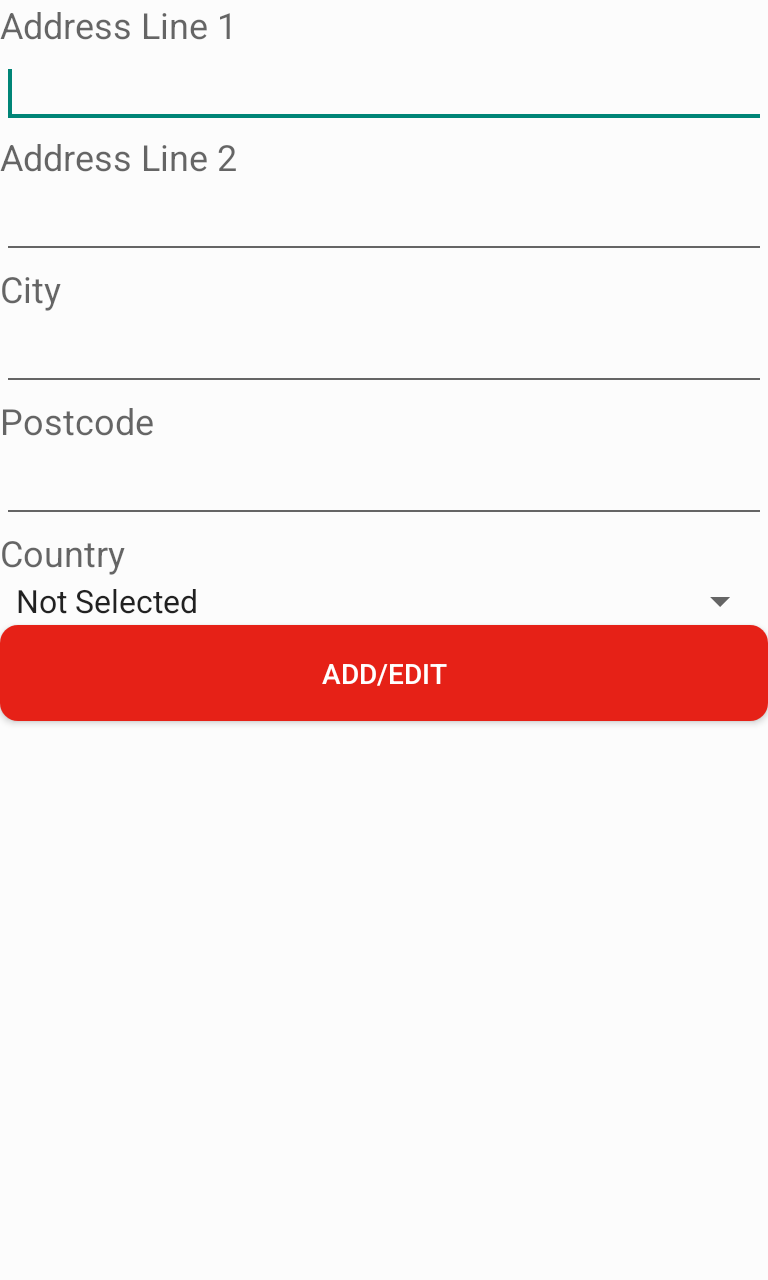
Repository: savindra/cutting-edge
Layout: Humzearch/res/layout/settings_address.xml
The author's editor kept a copy of each file at every save. The layout is drawn from the files as they stood at one save, then again after the next save.
It is drawn on a 768 x 1280 px phone screen (xhdpi) without system bars, with theme AppTheme; the app's code is not run.

Above is the layout before, as saved 2015-06-22 11:25:17.

After the next save:
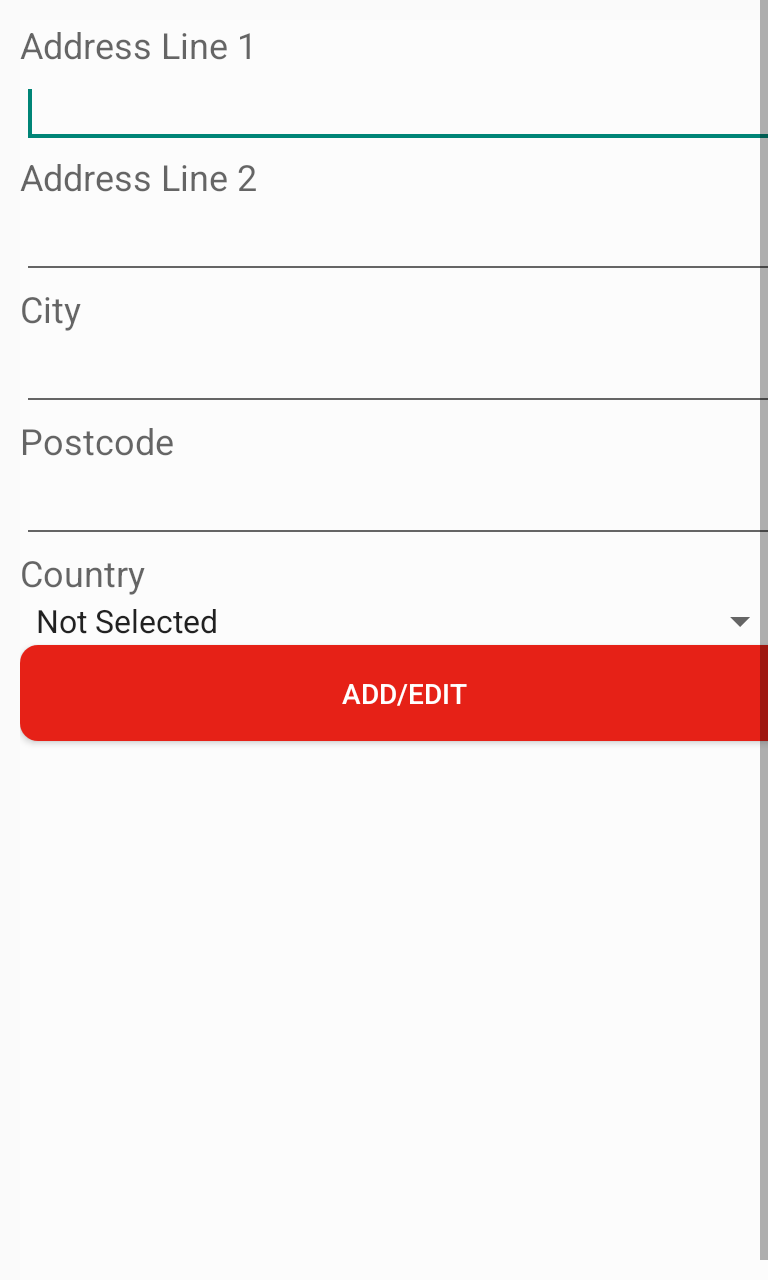
Saved 54 s later.
--- a/Humzearch/res/layout/settings_address.xml
+++ b/Humzearch/res/layout/settings_address.xml
@@ -1,5 +1,10 @@
 <?xml version="1.0" encoding="utf-8"?>
-<LinearLayout xmlns:android="http://schemas.android.com/apk/res/android"
+<ScrollView xmlns:android="http://schemas.android.com/apk/res/android"
+    android:layout_width="fill_parent"
+    android:layout_height="fill_parent"
+    android:fillViewport="true" >
+
+<LinearLayout
     android:layout_width="match_parent"
     android:layout_height="match_parent"
     android:layout_margin="10dp"
@@ -83,3 +88,4 @@
         android:textColor="#FFF"/>
 
 </LinearLayout>
+</ScrollView>

After the save that followed:
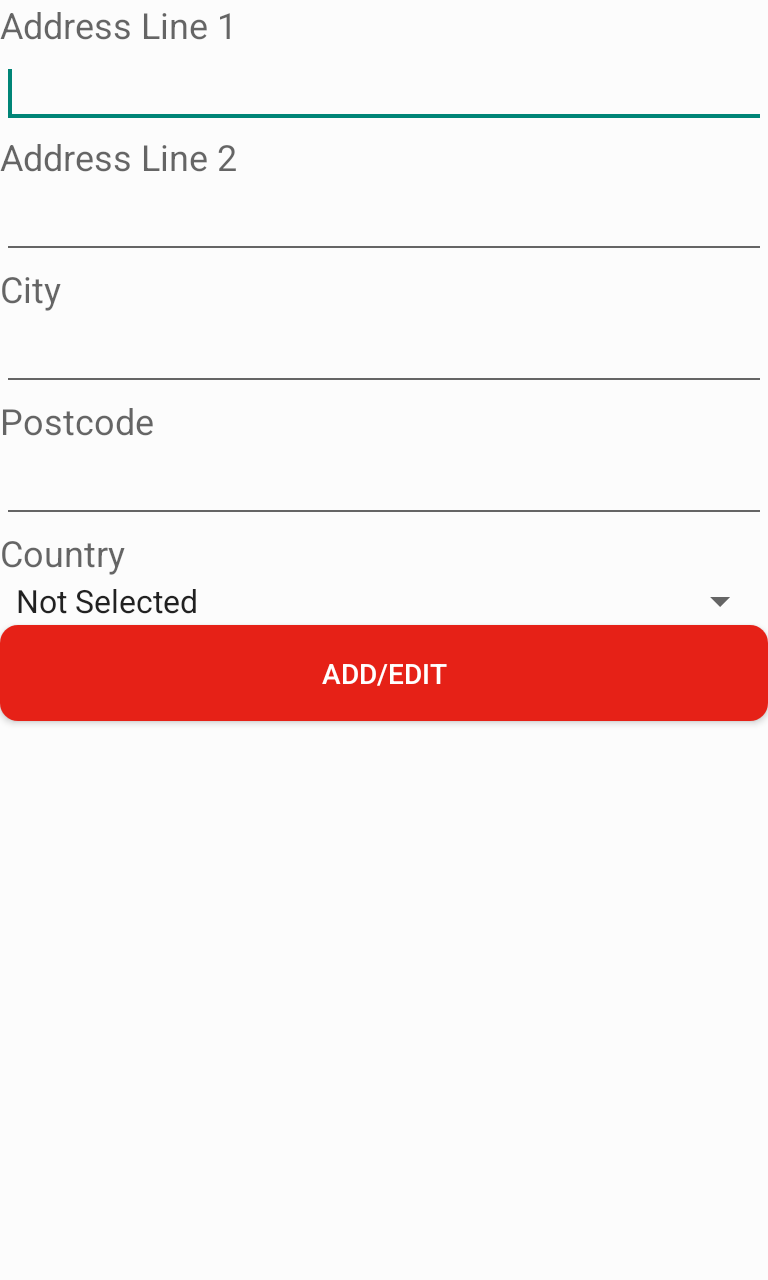
Saved 5 min 17 s later.
--- a/Humzearch/res/layout/settings_address.xml
+++ b/Humzearch/res/layout/settings_address.xml
@@ -1,10 +1,6 @@
 <?xml version="1.0" encoding="utf-8"?>
-<ScrollView xmlns:android="http://schemas.android.com/apk/res/android"
-    android:layout_width="fill_parent"
-    android:layout_height="fill_parent"
-    android:fillViewport="true" >
 
-<LinearLayout
+<LinearLayout xmlns:android="http://schemas.android.com/apk/res/android"
     android:layout_width="match_parent"
     android:layout_height="match_parent"
     android:layout_margin="10dp"
@@ -88,4 +84,3 @@
         android:textColor="#FFF"/>
 
 </LinearLayout>
-</ScrollView>
